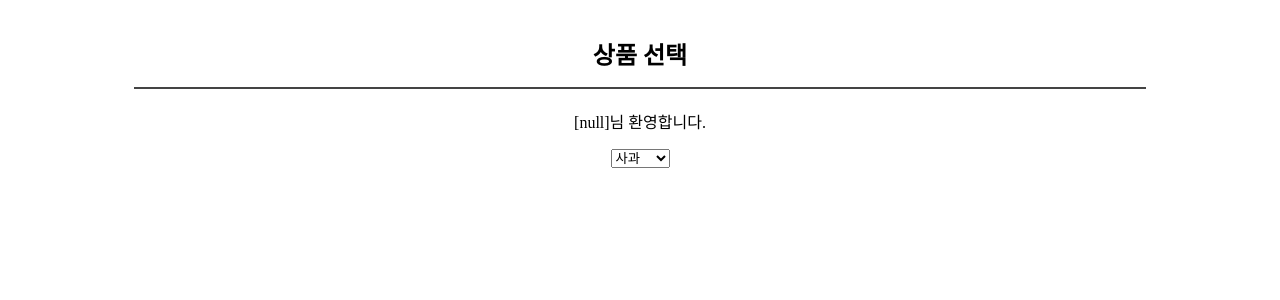
Repository: taiseidesu97/space_jspworks
Page: http://localhost/jweb0/cart/selProduct.jsp
An editor plug-in stored every save of this project. The page is shown before and after the next save, followed by the edit.
The browser window is 1280 px wide. The pictures show the whole page.
The page is served by Tomcat 10.

Above is the page before, as saved 2025-10-13 03:19:42.

After the next save:
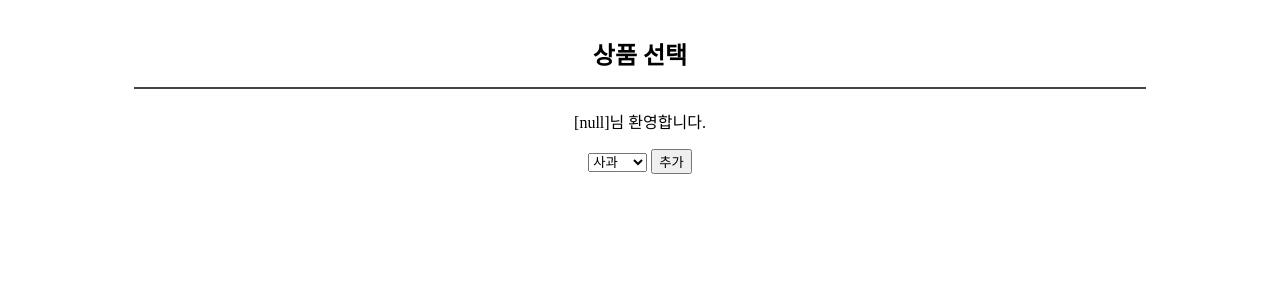
Saved 24 s later.
--- a/jweb0/src/main/webapp/cart/selProduct.jsp
+++ b/jweb0/src/main/webapp/cart/selProduct.jsp
@@ -26,8 +26,8 @@ session.setAttribute("sessionName", name);
 <option value="사과">사과</option>
 <option value="바나나">바나나</option>
 <option value="포도">포도</option>
-
 </select>
+<button type="submit">추가</button>
 </form>
 </section>
 
